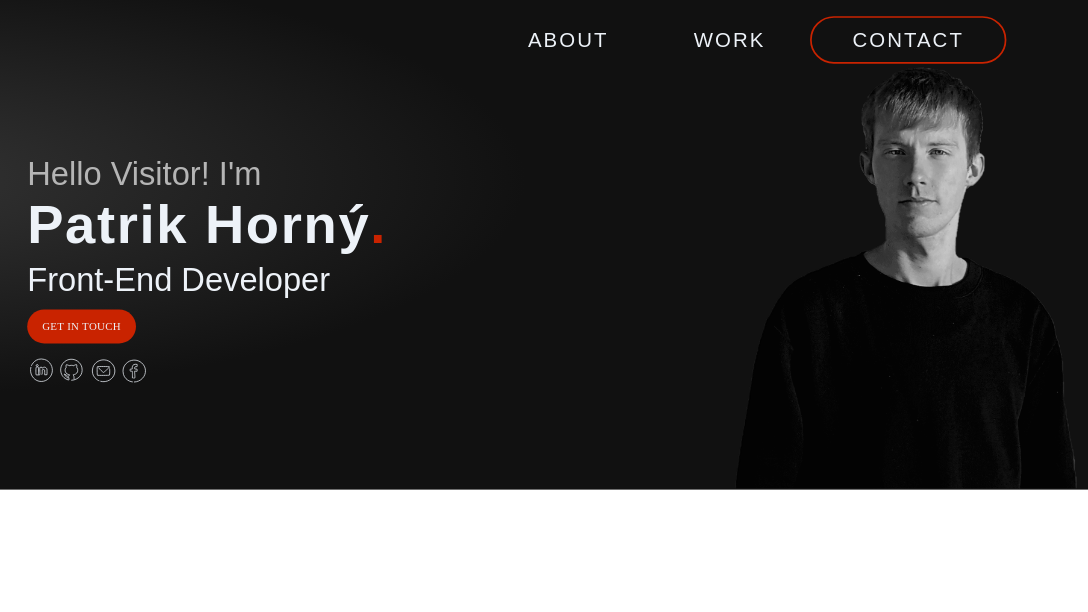
Repository: Spreceriany/portfolio
Page: index.html
The author's editor kept a copy of each file at every save. The page is drawn from the files as they stood at one save, then again after the next save.
The browser window is 1280 px wide. The pictures show the whole page, at 85% of full size.
Some web fonts or font styles are not loaded; a fallback is used. The style sheet was rebuilt from its Sass, Less or Tailwind sources for each picture, by a compiler version that may differ from the author's.

Above is the page before, as saved 2021-03-07 18:48:52.

After the next save:
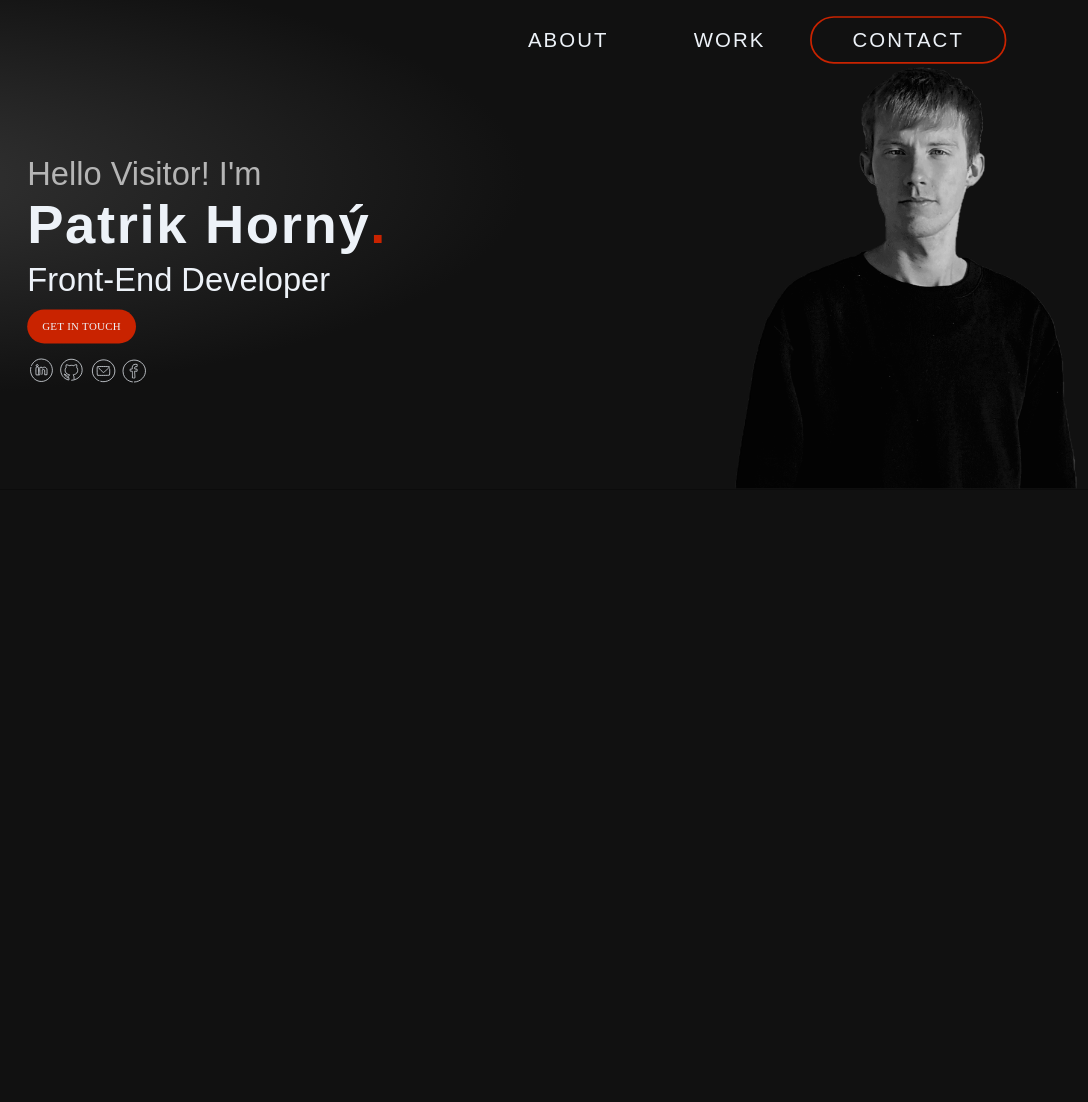
Saved 9 s later.
--- a/index.html
+++ b/index.html
@@ -53,6 +53,10 @@
                 <img src="./img/my_photo.png" alt="my-photo">
             </div>
         </section>
+
+        <section class="about">
+
+        </section>
     </main>
 
 
